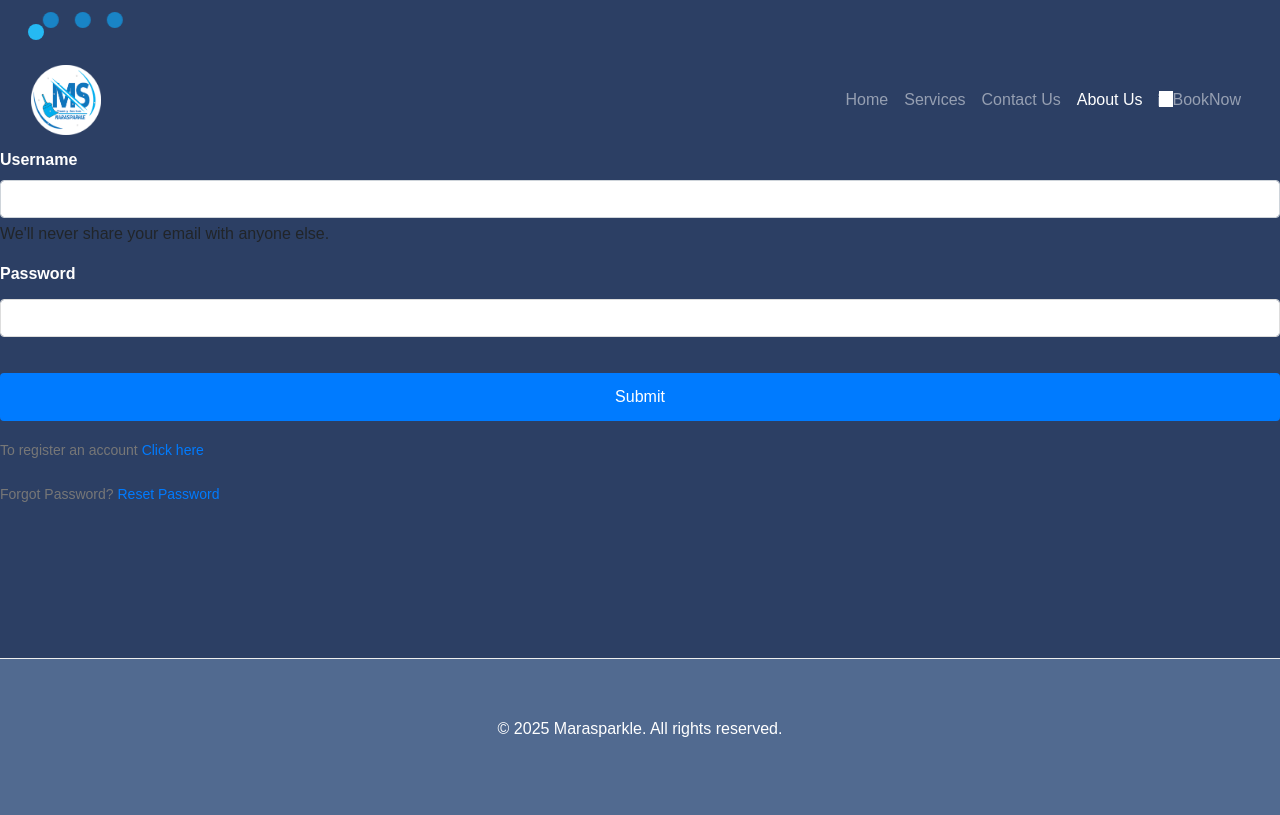
Repository: guineveretim/sparkle
Page: http://localhost/login/
An editor plug-in stored every save of this project. The page is shown before and after the next save, followed by the edit.
The browser window is 1280 px wide. The pictures show the whole page.
The page is served by the project's application, run on Django 5.2 (manage.py). Other server files are loaded and not shown.

Above is the page before, as saved 2025-03-26 14:57:39.

### templates/authentication/login.html
{% load static %}
<!DOCTYPE html>
<html lang="en">
<head>
    <meta charset="UTF-8">
    <title>Login</title>
    <link rel="stylesheet" href="{% static 'css/authentication/login.css'%}">


     <!-- Font Awesome CDN -->
     <link rel="stylesheet" href="https://cdnjs.cloudflare.com/ajax/libs/font-awesome/6.0.0-beta3/css/all.min.css">

     <!--Google fomts-->
     <link href="https://fonts.googleapis.com/css2?family=Roboto:wght@400&display=swap" rel="stylesheet">

     <!-- Bootstrap core CSS -->
     <link rel="stylesheet" href="https://cdn.jsdelivr.net/npm/bootstrap@4.1.3/dist/css/bootstrap.min.css" integrity="sha384-MCw98/SFnGE8fJT3GXwEOngsV7Zt27NXFoaoApmYm81iuXoPkFOJwJ8ERdknLPMO" crossorigin="anonymous">



     <link rel="stylesheet" href="{% static 'assets/css/templatemo-villa-agency.css' %}">
</head>
<body>

        <!-- ***** Preloader Start ***** -->
        <div id="js-preloader" class="js-preloader">
            <div class="preloader-inner">
                <span class="dot"></span>
                <div class="dots">
                    <span></span>
                    <span></span>
                    <span></span>
                </div>
            </div>
        </div>
        <!-- ***** Preloader End ***** -->



        <!-- ***** Header Area Start ***** -->
            <nav class="navbar navbar-expand-lg navbar-dark sticky-top" style="background-color: #2c3f64;">
                <div class="container-fluid">
                <a class="navbar-brand" href="{% url 'home' %}">
                    <img src="{% static 'icons/Maralog.png' %}" style="width:70px;">
                </a>
                <button class="navbar-toggler" type="button" data-toggle="collapse" data-target="#navbarNav" aria-controls="navbarNav" aria-expanded="false" aria-label="Toggle navigation">
                    <span class="navbar-toggler-icon"></span>
                </button>

                <div class="collapse navbar-collapse" id="navbarNav">
                    <ul  class="navbar-nav ml-auto">
                        <li class="nav-item">
                            <a class="nav-link" href="{% url 'home' %}">Home <span class="sr-only">(current)</span></a>
                        </li>
                        <li class="nav-item">
                            <a class="nav-link" href="{% url 'services_details' %}">Services</a>
                        </li>

                        <li class="nav-item">
                            <a class="nav-link" href="{% url 'contact' %}">Contact Us</a>
                        </li>
                        <li class="nav-item active">
                            <a class="nav-link" href="{% url 'about' %}">About Us</a>
                        </li>
                        <li class="nav-item">
                            <a class="nav-link" href="{% url 'login' %}"><i class="fas fa-calendar" style="background-color: rgb(255, 255, 255);"></i>BookNow</a>
                        </li>
                    </ul>
                </div>
            </div>
            </nav>

        <!-- ***** Header Area End ***** -->
 <form>
    <div class="mb-3">
      <label for="exampleInputEmail1" class="form-label">Username</label>
      <input type="email" class="form-control" id="exampleInputEmail1" aria-describedby="emailHelp">
      <div id="emailHelp" class="form-text">We'll never share your email with anyone else.</div>
    </div>
    <div class="mb-3">
      <label for="exampleInputPassword1" class="form-label">Password</label>
      <input type="password" class="form-control" id="exampleInputPassword1">
    </div>
    <button type="submit" class="btn btn-primary">Submit</button>
  </form>

  <p class="signup-link">
    To register an account
    <a href="{% url 'register' %}">Click here</a>
</p>

<p class="forgot-password">
    Forgot Password?
    <a href="{% url 'password_reset' %}">Reset Password</a>

</p>


<footer>

    <p>&copy; {{2025}} Marasparkle. All rights reserved.</p>

</footer>

<!-- jQuery first, then Popper.js, then Bootstrap JS -->
<script src="https://code.jquery.com/jquery-3.3.1.slim.min.js" integrity="sha384-q8i/X+965DzO0rT7abK41JStQIAqVgRVzpbzo5smXKp4YfRvH+8abtTE1Pi6jizo" crossorigin="anonymous"></script>
<script src="https://cdn.jsdelivr.net/npm/popper.js@1.14.3/dist/umd/popper.min.js" integrity="sha384-ZMP7rVo3mIykV+2+9J3UJ46jBk0WLaUAdn689aCwoqbBJiSnjAK/l8WvCWPIPm49" crossorigin="anonymous"></script>
<script src="https://cdn.jsdelivr.net/npm/bootstrap@4.1.3/dist/js/bootstrap.min.js" integrity="sha384-ChfqqxuZUCnJSK3+MXmPNIyE6ZbWh2IMqE241rYiqJxyMiZ6OW/JmZQ5stwEULTy" crossorigin="anonymous"></script>
</body>
</html>

### marasparkle/forms.py
from django import forms
from django.contrib.auth.forms import UserCreationForm, AuthenticationForm, PasswordResetForm, SetPasswordForm
from django.contrib.auth.models import User
from .models import Booking

class RegisterForm(forms.ModelForm):

    username = forms.CharField(
        widget=forms.TextInput(attrs={'placeholder': 'Enter Your Username'}),
        label='Username',
        help_text=None,
    )

    email = forms.EmailField(
        widget=forms.EmailInput(attrs={'placeholder': 'Enter Your Email: Example@gmail.com'}),
        label='Email',
        help_text=None,
    )

    password = forms.CharField(
        widget=forms.PasswordInput(attrs={'placeholder': 'enter password'}),
        label='Enter Password',
        help_text=None,
    )

    confirm_password = forms.CharField(
        widget=forms.PasswordInput(attrs={'placeholder': 'Confirm password'}),
        label='Confirm Password',
        help_text=None,
    )

    class Meta:
        model = User
        fields = ['username', 'email', 'password', 'confirm_password']





class LoginForm(AuthenticationForm):
    username = forms.CharField(required=True)
    password = forms.CharField(widget=forms.PasswordInput, required=True)


class ResetPasswordForm(PasswordResetForm):
    class Meta:
        model = User
        fields = ['email']

    def __init__(self, *args, **kwargs):
        super(ResetPasswordForm, self).__init__(*args, **kwargs)
        self.fields['email'].widget.attrs.update({
            'class': 'form-control',
            'placeholder': 'Email',
            'required': 'True'
        })


class ResetPasswordConfirmForm(SetPasswordForm):
    class Meta:
        model = User
        fields = ['new_password1', 'new_password2']

    def __init__(self, *args, **kwargs):
        super(ResetPasswordConfirmForm, self).__init__(*args, **kwargs)
        self.fields['new_password1'].widget.attrs.update({
            'class': 'form-control',
            'placeholder': 'New Password',
            'required': 'True'
        })
        self.fields['new_password2'].widget.attrs.update({
            'class': 'form-control',
            'placeholder': 'Retype New Password',
            'required': 'True'
        })
        self.fields['new_password1'].help_text = ''
        self.fields['new_password2'].help_text = ''


class BookingForm(forms.ModelForm):
    class Meta:
        model = Booking
        fields = ['date_time', 'contact_infor', 'service_selection', 'location_infor', 'additional_details']
        widgets = {
            'date_time': forms.DateTimeInput(attrs={'type': 'datetime-local'}),
            'contact_infor': forms.TextInput(attrs={'placeholder': 'Contact Information'}),
            'location_infor': forms.TextInput(attrs={'placeholder': 'Location'}),
            'additional_details': forms.Textarea(attrs={'placeholder': 'Additional Details', 'rows': 3}),
        }

### marasparkle/views.py

from django.shortcuts import redirect, render
from django.contrib.auth import authenticate, login
from .forms import RegisterForm, LoginForm
from django.contrib.auth.decorators import login_required
from django.contrib import messages
from .forms import BookingForm



def home(request):
  return render(request, 'home.html')

def Service(request):
    return render(request, 'application/services.html')


def contact(request):
    return render(request, 'application/contact.html')

def about_view(request):
    return render(request, 'application/about.html')


def register(request):
   if request.method == 'POST':
       form = RegisterForm(request.POST)
       if form.is_valid():
           user = form.save()
           login(request, user)
           return redirect('login')
   else:
       form = RegisterForm()
   return render(request, 'authentication/register.html', {'form': form})

def login_view(request):
    if request.method == 'POST':
        form = LoginForm(data=request.POST)
        if form.is_valid():
            username = form.cleaned_data.get('username')
            password = form.cleaned_data.get('password')
            user = authenticate(request, username=username, password=password)
            if user is not None:
                login(request, user)
                return redirect('bookings')
            else:

                messages.error(request, 'Invalid username or password.')
    else:
        form = LoginForm()
    return render(request, 'authentication/login.html', {'form': form})


@login_required
def create_booking(request):
    if request.method == 'POST':
        form = BookingForm(request.POST)
        if form.is_valid():
            booking = form.save(commit=False)
            booking.user = request.user
            booking.save()
            return redirect('booking_success')
    else:
        form = BookingForm()

    return render(request,'accounts/booking.html', {'form':form})

### marasparkleweb/urls.py
"""
URL configuration for marasparkleweb project.

The `urlpatterns` list routes URLs to views. For more information please see:
    https://docs.djangoproject.com/en/5.1/topics/http/urls/
Examples:
Function views
    1. Add an import:  from my_app import views
    2. Add a URL to urlpatterns:  path('', views.home, name='home')
Class-based views
    1. Add an import:  from other_app.views import Home
    2. Add a URL to urlpatterns:  path('', Home.as_view(), name='home')
Including another URLconf
    1. Import the include() function: from django.urls import include, path
    2. Add a URL to urlpatterns:  path('blog/', include('blog.urls'))
"""
from django.contrib import admin
from django.urls import include, path

urlpatterns = [
    path('admin/', admin.site.urls),
    path('', include('marasparkle.urls')),
]

### marasparkle/urls.py
from django.urls import path

from marasparkle.forms import ResetPasswordConfirmForm, ResetPasswordForm
from . import views
from django.contrib.auth import views as auth_views


urlpatterns = [
    path('', views.home, name='home'),
    path('about/',views.about_view, name='about'),
    path('services/',views.Service,name='services_details'),
    path('login/', views.login_view, name= 'login'),
    path('register/', views.register, name='register'),
    path('contact/', views.contact, name='contact'),

    path('password_reset/', auth_views.PasswordResetView.as_view(
        template_name='authentication/password_reset.html',
        form_class=ResetPasswordForm
    ), name='password_reset'),


    path('password_reset_done/', auth_views.PasswordResetDoneView.as_view(
        template_name='authentication/password_reset_done.html'
    ), name='password_reset_done'),


    path('password_reset_confirm/<uidb64>/<token>/', auth_views.PasswordResetConfirmView.as_view(
        template_name='authentication/password_reset_confirm.html',
        form_class=ResetPasswordConfirmForm
    ), name='password_reset_confirm'),

    path('password_reset_complete/', auth_views.PasswordResetCompleteView.as_view(
        template_name='authentication/password_reset_complete.html'
    ), name='password_reset_complete'),

    path('booking/',views.create_booking, name= 'bookings'),



]

### static/css/authentication/login.css
body {
  font-family: 'Arial', sans-serif;


}

.content{
  display: flex;
  justify-content: center;
  align-items: center;
  height: 80vh;
}
.container {
  background-color: #f5faff;
  padding: 20px;
  border-radius: 8px;
  box-shadow: 0 0 10px rgba(0, 0, 0, 0.1);
  width: 400px;
  max-width: 90%; /* Responsive width */
  text-align: center;
  height: 40vh;

}

h2 {
  color: #007bff;
  margin-bottom: 20px;
}

form {
  display: flex;
  flex-direction: column;
  align-items: stretch;
}

form p {
  margin-bottom: 15px;
  text-align: left;
}

label {
  font-weight: bold;
  margin-bottom: 5px;
  color: #ffffff;
}

input[type="text"],
input[type="password"] {
  padding: 10px;
  border: 1px solid #ddd;
  border-radius: 4px;
  margin-top: 5px;
  font-size: 16px;
}

button[type="submit"] {
  background-color: #007bff;
  color: white;
  padding: 12px 20px;
  border: none;
  border-radius: 4px;
  cursor: pointer;
  font-size: 16px;
  transition: background-color 0.3s ease;
  margin-top: 20px;
}

button[type="submit"]:hover {
  background-color: #0056b3;
}

.signup-link,
.forgot-password {
  margin-top: 15px;
  font-size: 14px;
  color: #777;
}

.signup-link a,
.forgot-password a {
  color: #007bff;
  text-decoration: none;
}

.signup-link a:hover,
.forgot-password a:hover {
  text-decoration: underline;
}


footer {
  display: flex;
  justify-content: center;
  text-align: center;
  margin-top: 60px;
  padding: 20px;
  background-color: #f9f9f9;
  border-top: 1px solid #eee;
  color: #777;
  width: 100%;
}


@media (max-width: 600px) {
  .container {
      padding: 15px;
  }

  h2 {
      font-size: 24px;
  }

  input[type="text"],
  input[type="password"] {
      font-size: 14px;
  }

  button[type="submit"] {
      font-size: 14px;
  }

  .signup-link,
  .forgot-password {
      font-size: 12px;
  }
}

Loaded but not shown: static/assets/css/templatemo-villa-agency.css (990 lines, source omitted)

After the next save:
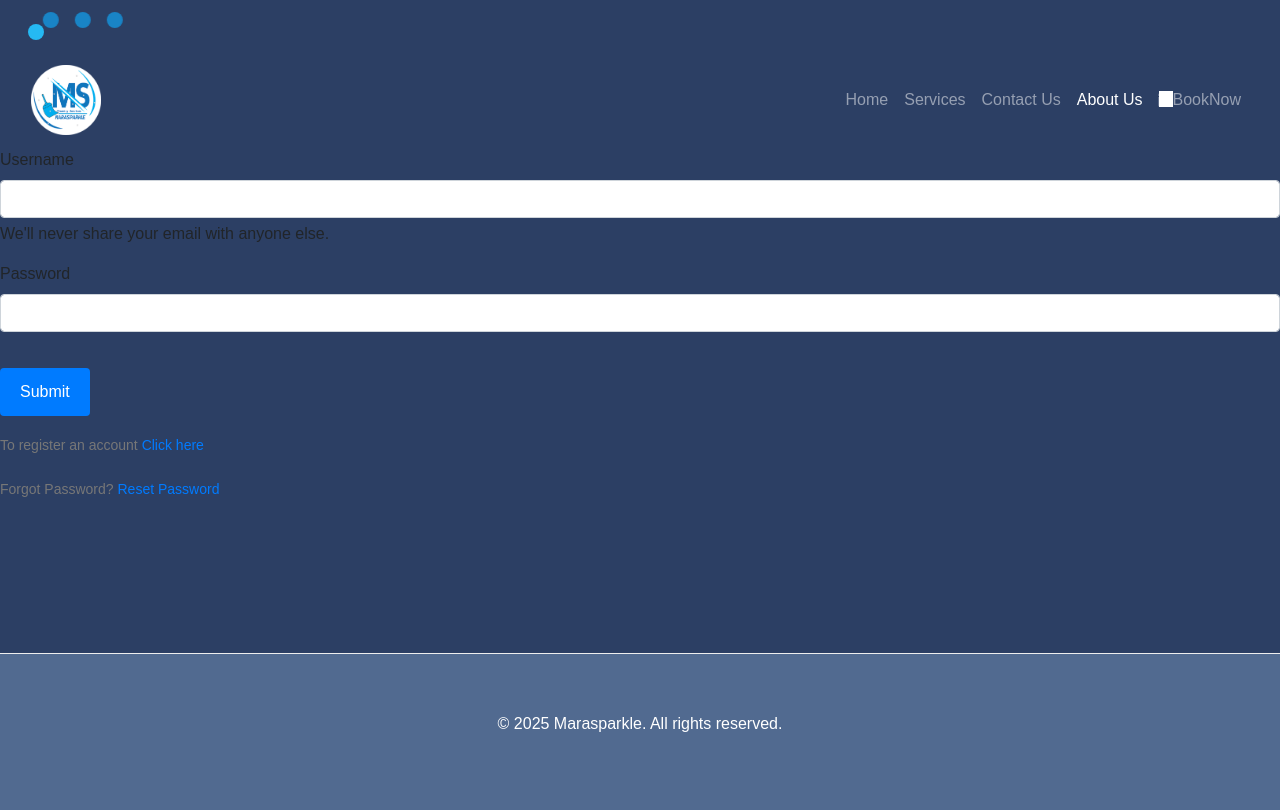
Saved 15 s later.
--- a/static/css/authentication/login.css
+++ b/static/css/authentication/login.css
@@ -1,57 +1,4 @@
-body {
-  font-family: 'Arial', sans-serif;
 
-
-}
-
-.content{
-  display: flex;
-  justify-content: center;
-  align-items: center;
-  height: 80vh;
-}
-.container {
-  background-color: #f5faff;
-  padding: 20px;
-  border-radius: 8px;
-  box-shadow: 0 0 10px rgba(0, 0, 0, 0.1);
-  width: 400px;
-  max-width: 90%; /* Responsive width */
-  text-align: center;
-  height: 40vh;
-
-}
-
-h2 {
-  color: #007bff;
-  margin-bottom: 20px;
-}
-
-form {
-  display: flex;
-  flex-direction: column;
-  align-items: stretch;
-}
-
-form p {
-  margin-bottom: 15px;
-  text-align: left;
-}
-
-label {
-  font-weight: bold;
-  margin-bottom: 5px;
-  color: #ffffff;
-}
-
-input[type="text"],
-input[type="password"] {
-  padding: 10px;
-  border: 1px solid #ddd;
-  border-radius: 4px;
-  margin-top: 5px;
-  font-size: 16px;
-}
 
 button[type="submit"] {
   background-color: #007bff;

After the save that followed:
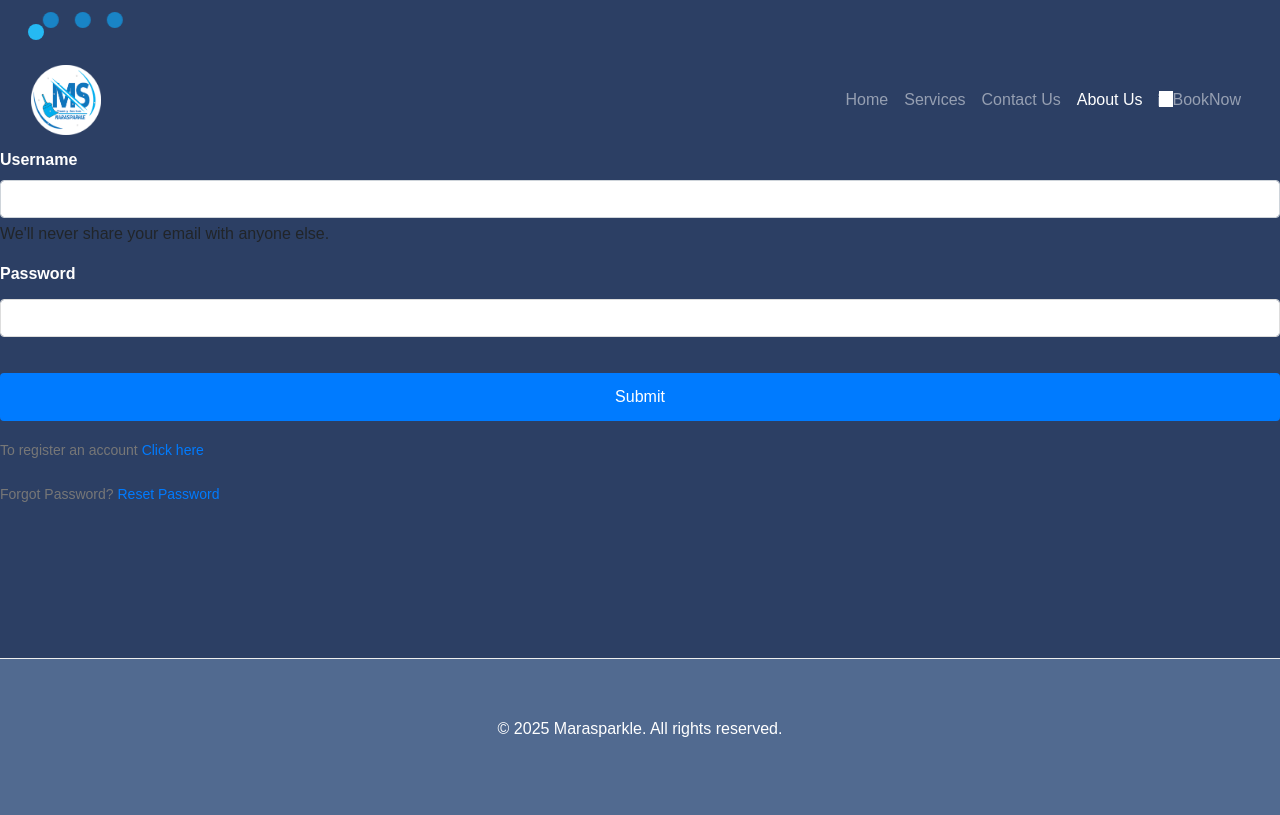
Saved 44 s later.
--- a/static/css/authentication/login.css
+++ b/static/css/authentication/login.css
@@ -1,4 +1,35 @@
 
+
+h2 {
+  color: #007bff;
+  margin-bottom: 20px;
+}
+
+form {
+  display: flex;
+  flex-direction: column;
+  align-items: stretch;
+}
+
+form p {
+  margin-bottom: 15px;
+  text-align: left;
+}
+
+label {
+  font-weight: bold;
+  margin-bottom: 5px;
+  color: #ffffff;
+}
+
+input[type="text"],
+input[type="password"] {
+  padding: 10px;
+  border: 1px solid #ddd;
+  border-radius: 4px;
+  margin-top: 5px;
+  font-size: 16px;
+}
 
 button[type="submit"] {
   background-color: #007bff;
